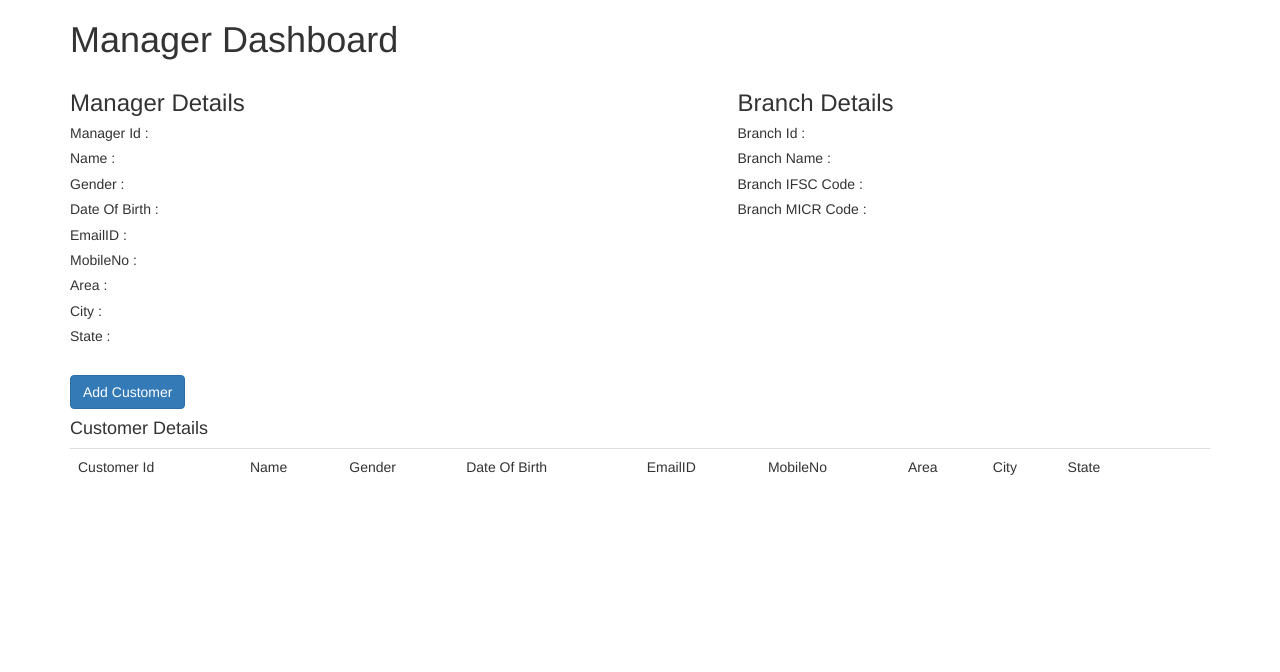
Repository: Shubham-Gawade/SpringHibernateTraining
Page: http://localhost/xorbankonline/WEB-INF/pages/managerhome.jsp
An editor plug-in stored every save of this project. The page is shown before and after the next save, followed by the edit.
The browser window is 1280 px wide. The pictures show the whole page.
The page is served by Tomcat 9. Nobody is signed in. Other server files are loaded and not shown. The template is opened directly, without the code that normally fills it, so the values that code supplies are empty.

Above is the page before, as saved 2021-10-07 08:35:22.

### xorbankonline/src/main/webapp/WEB-INF/pages/managerhome.jsp
<%@ page language="java" contentType="text/html; charset=ISO-8859-1"
    pageEncoding="ISO-8859-1"%>
<%@taglib uri="http://java.sun.com/jsp/jstl/core" prefix="c"%>
<!DOCTYPE html>
<html>
<head>
<meta charset="ISO-8859-1">
<title>Insert title here</title>
<link rel="stylesheet" href="https://maxcdn.bootstrapcdn.com/bootstrap/3.3.7/css/bootstrap.min.css">

<script>
	function popup() {
		alert("Do you want to delete?")
	}
</script></head>
<body class="container">
	<h1>Manager Dashboard</h1>
	<div class="row">
		<div class="col-md-7">
			<h3>Manager Details</h3>
			<h5>Manager Id : ${manager.personId}</h5>
			<h5>Name : ${manager.personName}</h5>
			<h5>Gender : ${manager.gender}</h5>
			<h5>Date Of Birth : ${manager.dateOfBirth}</h5>
			<h5>EmailID : ${manager.emailId}</h5>
			<h5>MobileNo : ${manager.mobileNo}</h5>
			<h5>Area : ${manager.address.area}</h5>
			<h5>City : ${manager.address.city}</h5>
			<h5>State : ${manager.address.state}</h5>
		</div>
		<div>
			<h3>Branch Details</h3>
			<h5>Branch Id : ${manager.branch.branchId}</h5>
			<h5>Branch Name : ${manager.branch.branchName}</h5>
			<h5>Branch IFSC Code : ${manager.branch.ifscCode}</h5>
			<h5>Branch MICR Code : ${manager.branch.micrCode}</h5>
		</div>
	</div>
	<br/>
	<a href="addCustomer"><button class="btn btn-primary">Add Customer</button></a>
	<br/>
	<h4>Customer Details</h4>
	<table class="table">
		<tr>
			<td>Customer Id</td>
			<td>Name</td>
			<td>Gender</td>
			<td>Date Of Birth</td>
			<td>EmailID</td>
			<td>MobileNo</td>
			<td>Area</td>
			<td>City</td>
			<td>State</td>
			<td></td>
			<td></td>
		</tr>
		<c:forEach items="${customers}" var="customer">
			<tr>
				<td>${customer.personId}</td>
				<td>${customer.personName}</td>
				<td>${customer.gender}</td>
				<td>${customer.dateOfBirth}</td>
				<td>${customer.emailId}</td>
				<td>${customer.mobileNo}</td>
				<td>${customer.address.area}</td>
				<td>${customer.address.city}</td>
				<td>${customer.address.state}</td>
				<td><a href="showCustomer/${customer.personId}"><button class="btn btn-primary">View Details</button></a></td>
				<td><a href="deleteCustomer/${customer.personId}"><button class="btn btn-danger" onclick="popup()">Delete Customer</button></a></td>
			</tr>
		</c:forEach>
	</table>
</body>
</html>

After the next save:
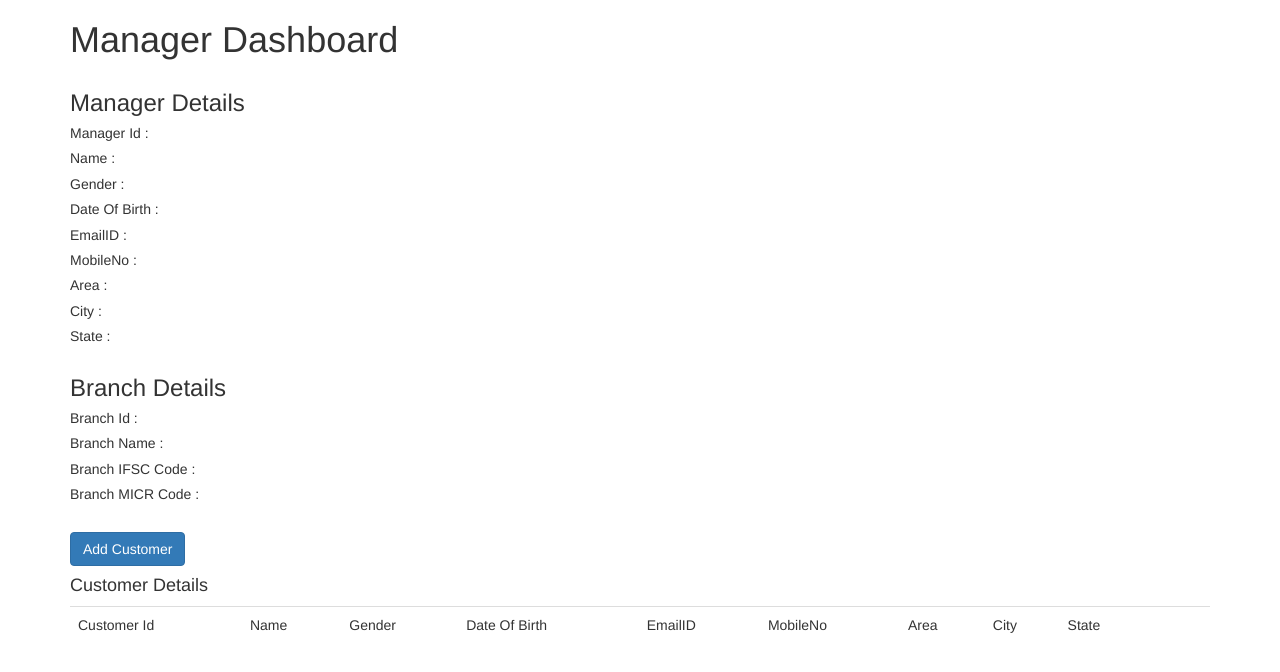
Saved 5 s later.
--- a/xorbankonline/src/main/webapp/WEB-INF/pages/managerhome.jsp
+++ b/xorbankonline/src/main/webapp/WEB-INF/pages/managerhome.jsp
@@ -28,7 +28,7 @@
 			<h5>City : ${manager.address.city}</h5>
 			<h5>State : ${manager.address.state}</h5>
 		</div>
-		<div>
+		<div class="col-md-7">
 			<h3>Branch Details</h3>
 			<h5>Branch Id : ${manager.branch.branchId}</h5>
 			<h5>Branch Name : ${manager.branch.branchName}</h5>
